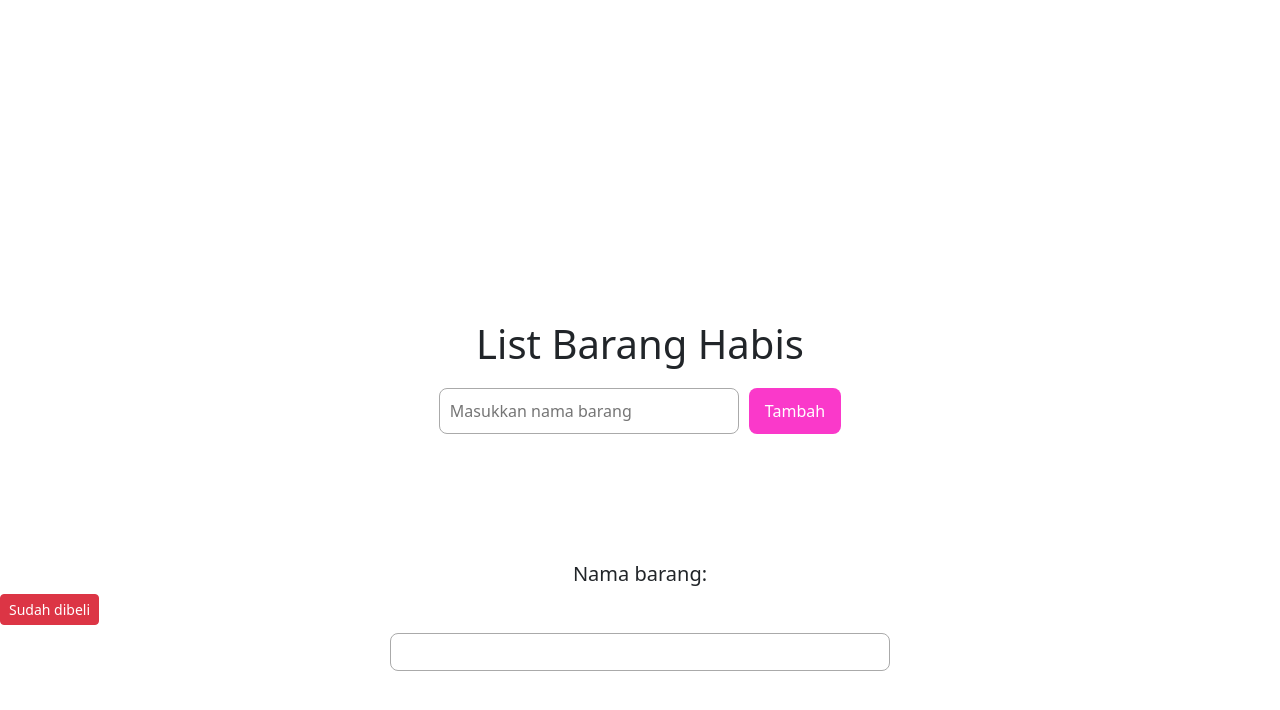
Repository: amorysdeo/dirumah
Page: index.html
These files come from the project's save history. The page is drawn as it stood at one moment and after a run of saves; the edit follows.
The browser window is 1280 px wide. The pictures show the whole page.

Above is the page before, as saved 2025-11-27 12:11:36.

### index.html
<!DOCTYPE html>
<html lang="en">
<head>
    <meta charset="UTF-8">
    <meta name="viewport" content="width=device-width, initial-scale=1.0">
    <link rel="stylesheet" href="css.css">
    <link href="https://cdn.jsdelivr.net/npm/bootstrap@5.3.3/dist/css/bootstrap.min.css" rel="stylesheet">

    <title>Belanja</title>
</head>
<body>
    <div id="main-box">
        <div id="title">
            <h1>List Barang Habis</h1>
        </div>
        <div id="inputan">
            <input type="text" id="barang" name="barang" placeholder="Masukkan nama barang">
            <button>Tambah</button>
        </div>
    </div>

    <h5 class="text-center">Nama barang:</h5>

    <!-- Tombol di luar list-box -->
    <div class="text mb-2">
        <button id="clear-all" class="btn btn-danger btn-sm">Sudah dibeli</button>
    </div>

    <div id="list-box">
        <ul id="list"></ul>
    </div>



    <script src="https://cdn.jsdelivr.net/npm/@popperjs/core@2.11.8/dist/umd/popper.min.js"></script>
    <script src="https://cdn.jsdelivr.net/npm/bootstrap@5.3.3/dist/js/bootstrap.min.js"></script>
    <script src="js.js"></script>
</body>
</html>

### css.css
body {
    padding-top: 25%;
    margin: 0;
    background-color: #f5f5f5;
}

/* BOX UTAMA */
#main-box {
    /* background-color: aqua; */
    width: 75%;
    max-width: 500px;

    /* INI YANG NENGAHAN KANAN-KIRI */
    margin-left: auto;
    margin-right: auto;

    margin-bottom: 10%;

    /* Biar kontennya center */
    text-align: center;

}

/* TITLE */
#title h1 {
    margin-bottom: 20px;
}

/* INPUT + BUTTON */
#inputan {
    display: flex;
    justify-content: center;
    gap: 10px;
}

#inputan input {
    padding: 10px;
    width: 70%;
    max-width: 300px;
    border-radius: 8px;
    border: 1px solid #aaa;
    font-size: 16px;
}

#inputan button {
    padding: 10px 16px;
    border-radius: 8px;
    border: none;
    background-color: #fa39ca;
    color: white;
    font-size: 16px;
    cursor: pointer;
    transition: 0.2s;
}

#inputan button:hover {
    background-color: #f680d5;
}

#list-box {
    padding: 10px;
    width: 75%;
    max-width: 500px;
    border-radius: 8px;
    border: 1px solid #aaa;

    /* Nengahin */
    margin-left: auto;
    margin-right: auto;
}

### js.js
const input = document.getElementById("barang");
const btnTambah = document.querySelector("#inputan button");
const listEl = document.getElementById("list");
const clearBtn = document.getElementById("clear-all");

let items = [];

function renderList() {
    listEl.innerHTML = "";

    items.forEach((item, index) => {
        const li = document.createElement("li");
        li.classList.add("d-flex", "align-items-center", "mb-2");

        const checkbox = document.createElement("input");
        checkbox.type = "checkbox";
        checkbox.classList.add("form-check-input", "me-2");

        const text = document.createElement("span");
        text.textContent = item;

        li.appendChild(checkbox);
        li.appendChild(text);

        listEl.appendChild(li);
    });
}

btnTambah.addEventListener("click", () => {
    const val = input.value.trim();
    if (!val) return;

    items.push(val);
    input.value = "";
    renderList();
});

clearBtn.addEventListener("click", () => {
    if (items.length === 0) return; // kalau kosong, skip

    // popup konfirmasi
    const yakin = confirm("Yakin udah kebeli ya?");
    if (!yakin) return;

    items = [];
    renderList();
});

After the next 2 saves:
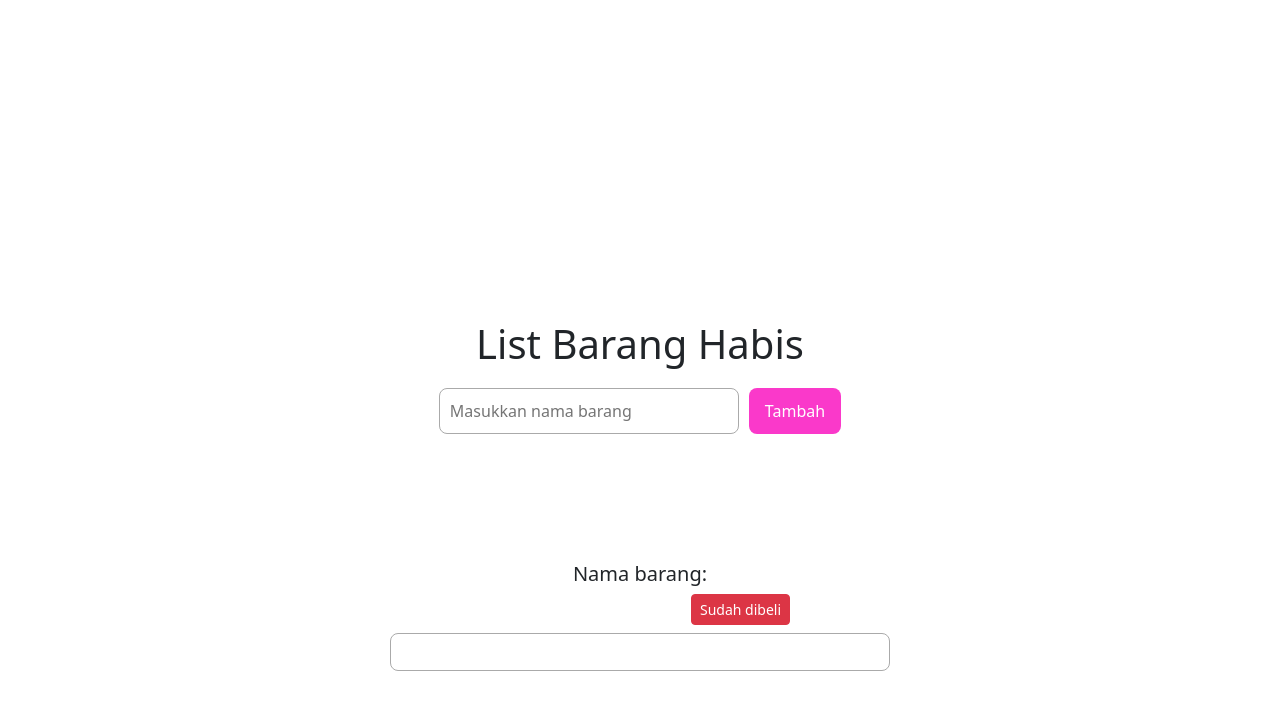
The 2 saves are shown as one change because they came seconds apart.
The last was saved 28 s later.
--- a/index.html
+++ b/index.html
@@ -22,7 +22,7 @@
     <h5 class="text-center">Nama barang:</h5>
 
     <!-- Tombol di luar list-box -->
-    <div class="text mb-2">
+    <div class="d-flex justify-content-end mb-2" style="width: 70%; max-width: 300px; margin: 0 auto;">
         <button id="clear-all" class="btn btn-danger btn-sm">Sudah dibeli</button>
     </div>
 
